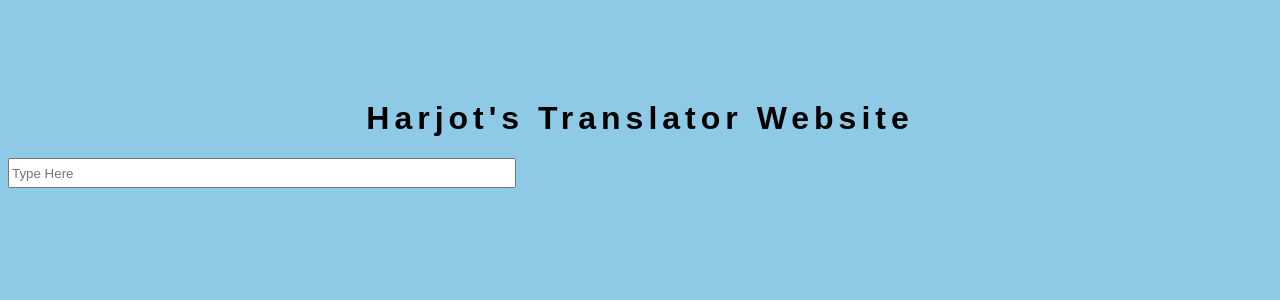
Repository: Harjot00/Pythonpractice
Page: Translator/homepage.html
These files come from the project's save history. The page is drawn as it stood at one moment and after the next save; the edit follows.
The browser window is 1280 px wide. The pictures show the whole page.
Some web fonts or font styles are not loaded; a fallback is used.

Above is the page before, as saved 2022-03-06 18:18:34.

After the next save:
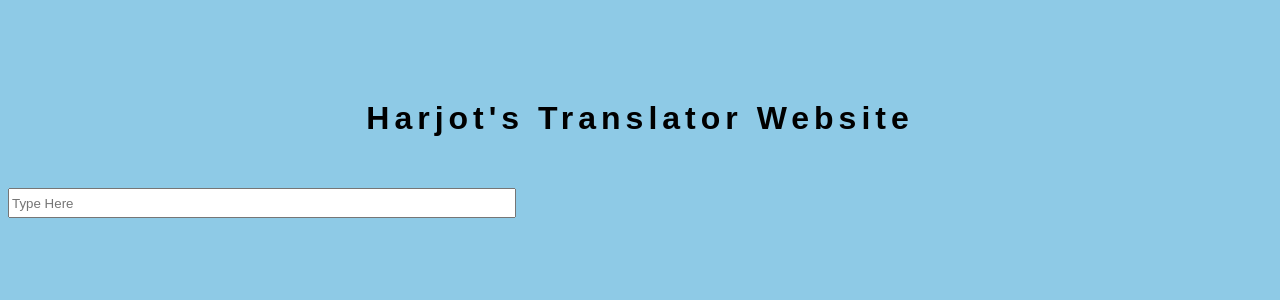
Saved 23 s later.
--- a/Translator/styles.css
+++ b/Translator/styles.css
@@ -9,5 +9,5 @@
 #entry{
     width: 500px;
     height: 24px;
-
+    margin: 30px 0px 200px 0px;
 }
